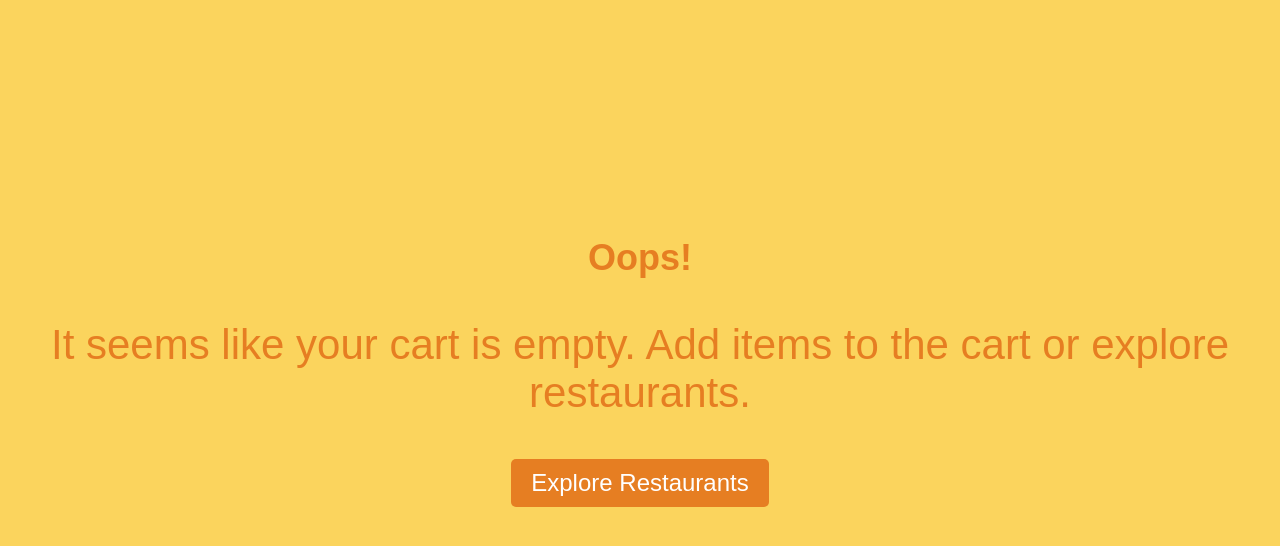
Repository: SWATHIBHUMA/FoodDelivaryApp
Page: http://localhost/FoodDelivaryApp/errorPage.jsp
An editor plug-in stored every save of this project. The page is shown before and after the next save, followed by the edit.
The browser window is 1280 px wide. The pictures show the whole page.
The page is served by Tomcat 9. Other server files are loaded and not shown.

Above is the page before, as saved 2024-01-14 12:02:48.

### FoodDelivaryApp/src/main/webapp/errorPage.jsp
<%@ page language="java" contentType="text/html; charset=UTF-8" pageEncoding="UTF-8"%>

<!DOCTYPE html>
<html lang="en">
<head>
    <meta charset="UTF-8">
    <meta http-equiv="X-UA-Compatible" content="IE=edge">
    <meta name="viewport" content="width=device-width, initial-scale=1.0">
    <title>Error - Nothing in Cart</title>
    <style>
        body {
            font-family: 'Arial', sans-serif;
            background-color: #fbd45d; /* Warm yellow background */
            margin: 0;
            padding: 0;
            display: flex;
            align-items: center;
            justify-content: center;
            height: 100vh;
            text-align: center;
        }

        h1 {
            color: #e67e22; /* Dark orange text */
            margin-bottom: 20px;
            font-size: 36px; /* Increased font size */
            animation: bounce 1s forwards; /* Change infinite to forwards for single time bounce */
        }

        p {
            color: #e67e22; /* Dark orange text */
            font-size: 42px; /* Increased font size */
            animation: fadeIn 1s ease; /* Add fade-in animation */
        }

        button {
            background-color: #e67e22; /* Dark orange button color */
            color: #ffffff; /* White button text color */
            padding: 10px 20px;
            font-size: 24px; /* Increased font size */
            border: none;
            border-radius: 5px;
            cursor: pointer;
            transition: background-color 0.3s ease;
        }

        button:hover {
            background-color: #d35400; /* Darker orange on hover */
        }

        @keyframes bounce {
            0%, 20%, 50%, 80%, 100% {
                transform: translateY(0);
            }
            40% {
                transform: translateY(-20px);
            }
            60% {
                transform: translateY(-10px);
            }
        }

        @keyframes fadeIn {
            from {
                opacity: 0;
            }
            to {
                opacity: 1;
            }
        }
    </style>
</head>
<body>
    <div>
        <h1>Oops!</h1>
        <p>It seems like your cart is empty. Add items to the cart or explore restaurants.</p>
        <button onclick="window.location.href='<%= request.getContextPath() %>/Restaurents'" class="back-to-restaurants-btn">Explore Restaurants</button>
    </div>
</body>
</html>

After the next save:
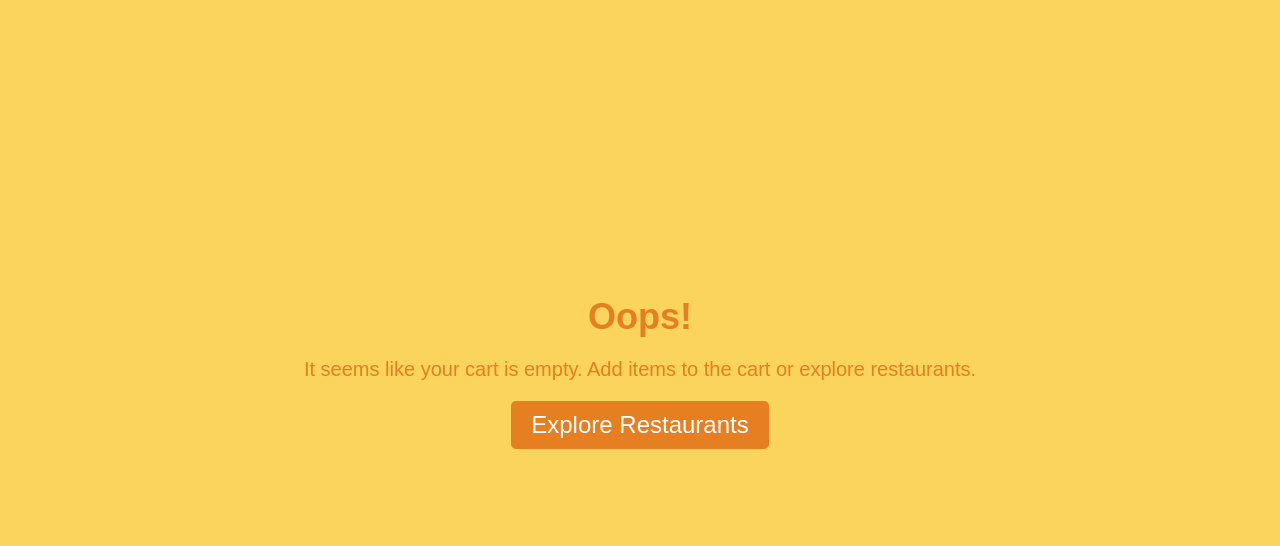
Saved 78 s later.
--- a/FoodDelivaryApp/src/main/webapp/errorPage.jsp
+++ b/FoodDelivaryApp/src/main/webapp/errorPage.jsp
@@ -29,8 +29,10 @@
 
         p {
             color: #e67e22; /* Dark orange text */
-            font-size: 42px; /* Increased font size */
-            animation: fadeIn 1s ease; /* Add fade-in animation */
+            font-size: 20px; /* Increased font size */
+            overflow: hidden; /* Hide overflowing content */
+            white-space: nowrap; /* Prevent wrapping */
+            animation: typing 2s steps(30, end), fadeIn 1s ease; /* Add typing and fade-in animations */
         }
 
         button {
@@ -60,6 +62,12 @@
             }
         }
 
+        @keyframes typing {
+            from {
+                width: 0;
+            }
+        }
+
         @keyframes fadeIn {
             from {
                 opacity: 0;
